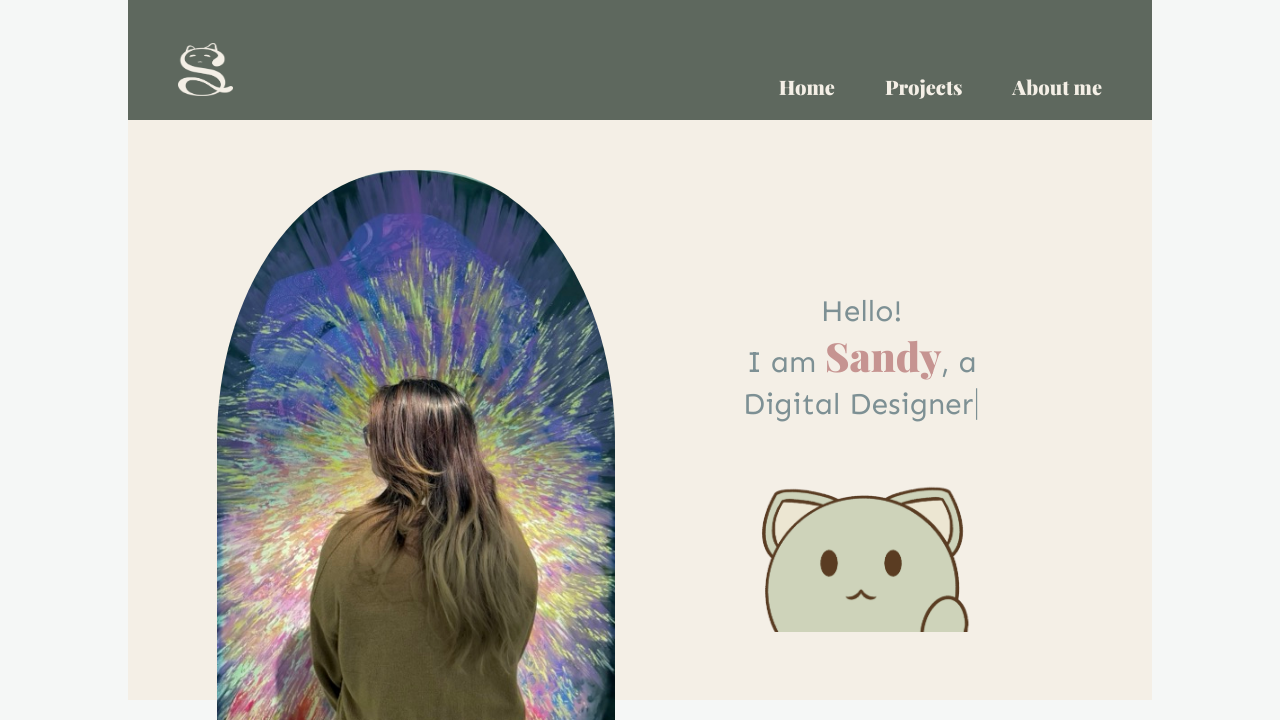
Repository: SandyLy453/portfolio
Page: /
The author's editor kept a copy of each file at every save. The page is drawn from the files as they stood at one save, then again after the next save.
The browser window is 1280 px wide. The pictures show the whole page.
An inner scrolling area shows only its first screen. The project was rebuilt for these pictures with package versions that can differ from the ones it lists, and the page was loaded fresh each time. The framework's server and built-in components were replaced by stand-ins that run in the browser. Also part of the build but not shown: next.config.mjs, modules/Footer/Footer.module.css, modules/Footer/Footer.js, modules/ProjectCard/ProjectCard.module.css, modules/ProjectCard/Projectcard.js.

Above is the page before, as saved 2025-02-17 18:11:48.

After the next save:
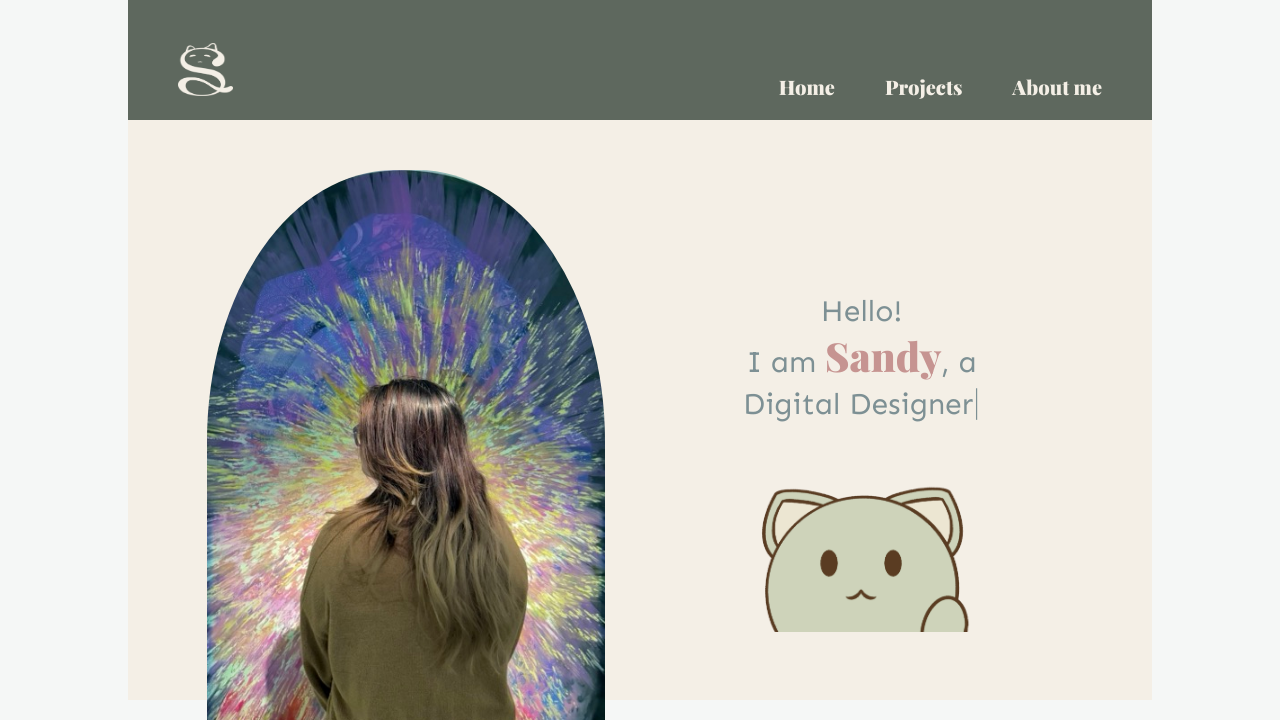
Saved 11 s later.
--- a/styles/Home.module.css
+++ b/styles/Home.module.css
@@ -202,7 +202,7 @@
     height: auto;
     margin: 0;
     bottom: -50px;
-    left: -10px;
+    left: -20px;
   }
 
   .info {
